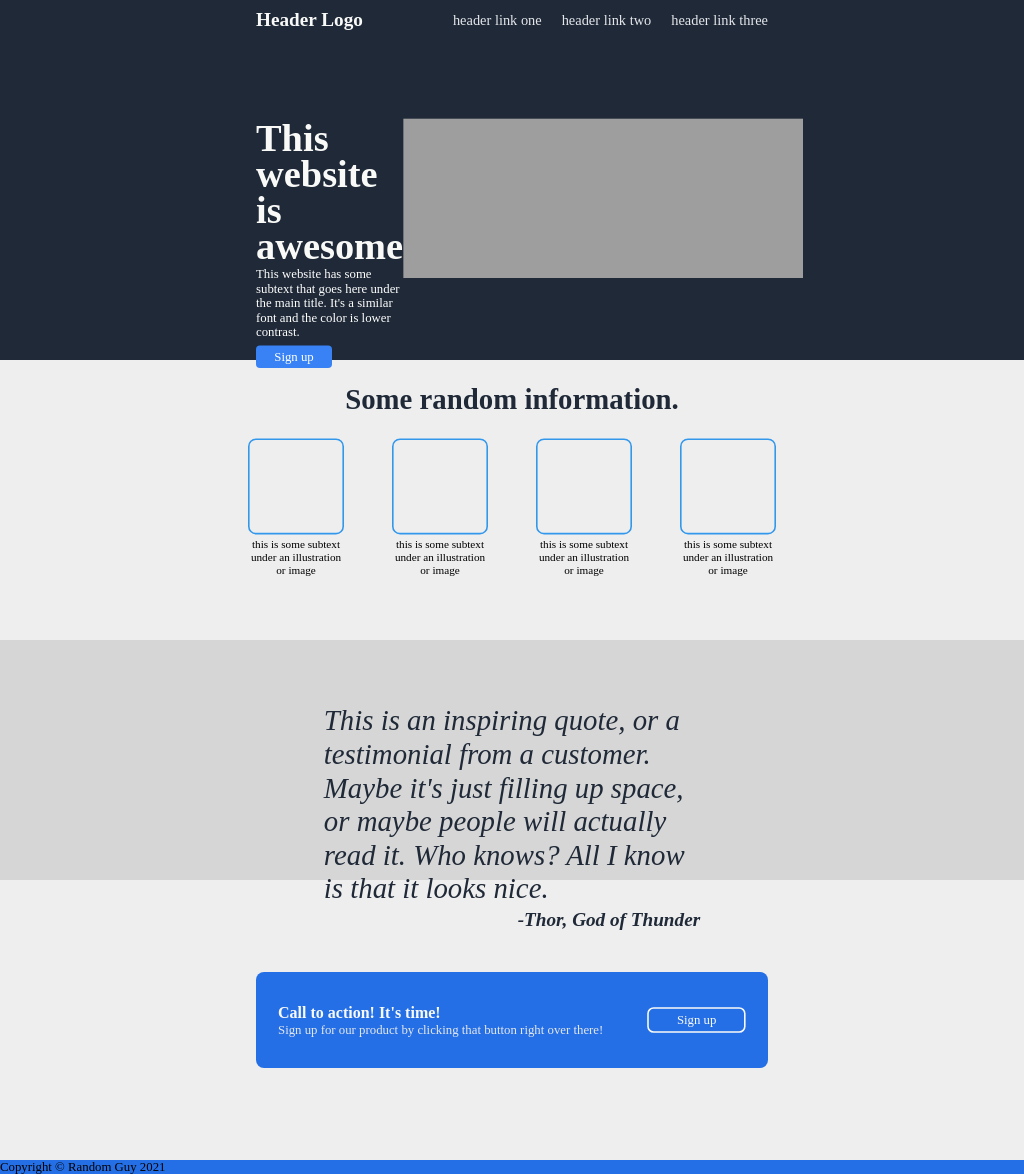
Repository: Pafestivo/Dummy-Landing-Page
Page: index.html
These files come from the project's save history. The page is drawn as it stood at one moment and after the next save; the edit follows.
The browser window is 1280 px wide. The pictures show the whole page, at 80% of full size.
Pictures or frames that could not be fetched are drawn as grey boxes.

Above is the page before, as saved 2022-09-26 19:50:34.

### index.html
<!DOCTYPE html>
<html lang="en">
<head>
    <meta charset="UTF-8">
    <meta name="viewport" content="width=device-width, initial-scale=1.0">
    <link rel="stylesheet" href="styles.css">
    <title>Landing Page</title>
</head>
<body>
    <header>
        <div class="container">
            <h1>Header Logo</h1>
            <nav>
                <a href="#">header link one</a>
                <a href="#">header link two</a>
                <a href="#">header link three</a>
            </nav>
        </div> <!-- /container-->
    </header>
    <main>
        <section class="first">
            <div class="container">

                <div class="right">
                    <h1>This website is awesome</h1>
                    <p>This website has some subtext that goes here under the main title. It's a similar font and the color is lower contrast.</p>
                    <a href="#">Sign up</a>
                </div> <!-- /right -->

                <div class="left">
                    <img src="images/office.jpg" alt="Office desk photo" />
                </div> <!-- /left -->

            </div> <!-- /container-->
        </section> <!-- /first -->

        <section class="second">
            <div class="container">

                <h1>Some random information.</h1>
                <div class="boxes">
                    <div class="info">
                        <div class="box"></div>
                        <div class="box-info">
                            <p>this is some subtext under an illustration or image</p>
                        </div> <!-- /box-info -->
                    </div> <!-- /info -->

                    <div class="info">
                        <div class="box"></div>
                        <div class="box-info">
                            <p>this is some subtext under an illustration or image</p>
                        </div> <!-- /box-info -->
                    </div> <!-- /info -->

                    <div class="info">
                        <div class="box"></div>
                        <div class="box-info">
                            <p>this is some subtext under an illustration or image</p>
                        </div> <!-- /box-info -->
                    </div> <!-- /info -->

                    <div class="info">
                        <div class="box"></div>
                        <div class="box-info">
                            <p>this is some subtext under an illustration or image</p>
                        </div> <!-- /box-info -->
                    </div> <!-- /info -->

                </div> <!-- /boxes-->
            </div> <!-- /container-->
        </section> <!-- /second -->

        <section class="third">
            <div class="container">
                <p>This is an inspiring quote, or a testimonial from a customer. Maybe it's just filling up space, or maybe people will actually read it. Who knows? All I know is that it looks nice.</p>
                <p class="quote-owner">-Thor, God of Thunder</p>
            </div> <!-- /container-->
        </section> <!-- /third -->

        <section class="fourth">
            <div class="container">
                <div class="coa">
                    <div class="side">
                        <h1>Call to action! It's time!</h1>
                        <p>Sign up for our product by clicking that button right over there!</p>
                    </div> <!-- /right -->
                    <a href="#">Sign up</a>
                </div>
            </div> <!-- /container-->
        </section> <!-- /fourth -->

        <footer>
            <p>Copyright &copy Random Guy 2021</p>
        </footer>
    </main>
</body>
</html>

### styles.css
* {
  padding: 0;
  margin: 0;
  box-sizing: border-box;
}

body {
  font-family: serif;
  background-color: #eee;
}

.container {
  width: 50vw;
  margin: 0 auto;
}

a {
  text-decoration: none;
  color: inherit;
}

/* header bar */
header {
  display: flex;
  align-items: center;
  background-color: #1F2937;
  color: #fff;
  height: 50px;
}

header h1 {
  font-size: 24px;
  color: #F9FAF8;
}

header .container {
  display: flex;
  justify-content: space-between;
}

header nav {
  display: flex;
  align-items: center;
  gap: 25px;
}

header a {
  font-size: 18px;
  color: #E5E7EB;
}
/* End header bar  */

/* First section  */
.first {
  background-color: #1F2937;
  height: 400px;
  color: #fff;
}

.first .container {
  display: flex;
  align-items: center;
  justify-content: space-between;
  height: 100%;
}

.right {
  display: flex;
  flex-direction: column;
  gap: 4px;
  height: 200px;
  width: 40%;
}

.right h1 {
  font-size: 48px;
  font-weight: extra-bold;
  color: #F9FAF8;
  line-height: 45px;
}

right p {
  font-size: 18px;
  color: #E5E7EB;
}

.first img {
  width: 500px;
  height: 200px;
}

.first a {
  background-color: #3882F6;
  width: 95px;
  padding: 5px;
  border-radius: 5px;
  margin-top: 4px;
  text-align: center;

}
/* End first section  */

/* Second section */
.second {
  height: 350px;
}

.second h1 {
  text-align: center;
  font-size: 36px;
  font-weight: extra-bold;
  color: #1F2937;
  padding: 28px 0 28px 0;
}

.boxes {
  display: flex;
  justify-content: center;
  gap: 60px;
}

.box {
  width: 120px;
  height: 120px;
  border: 2px solid hsl(207, 82%, 56%);
  border-radius: 10px;
}

.box-info {
  margin-top: 5px;
  width: 120px;
  font-size: 14px;
  text-align: center;
}
/* End second section  */

/* Third section  */
.third {
  background-color: #d6d6d6;
  height: 300px;
  padding: 80px;
}

.third .container {
  display: flex;
  width: 42%;
  flex-direction: column;
}

.third p {
  font-size: 36px;
  font-style: italic;
  color: #1F2937;
}

.third .quote-owner {
  font-size: 24px;
  align-self: flex-end;
  font-style: none;
  font-weight: bold;
  margin-top: 5px;
}
/* End third section  */

/* Fourth section */
.fourth {
  height: 350px;
  display: flex;
  align-items: center;
}

.coa {
  display: flex;
  justify-content: space-around;
  align-items: center;
  width: 100%;
  height: 120px;
  border-radius: 10px;
  background-color: #256fe6;
}

.coa h1 {
  font-size: 20px;
  color: #F9FAF8;
}

.coa p {
  color: #E5E7EB;
}

.coa a {
  padding: 5px 35px;
  color: #F9FAF8;
  border: 2px solid #F9FAF8;
  border-radius: 8px;
}
/* End fourth section */

/* Footer */
footer {
  background-color: #256fe6;
}
/* End footer */

After the next save:
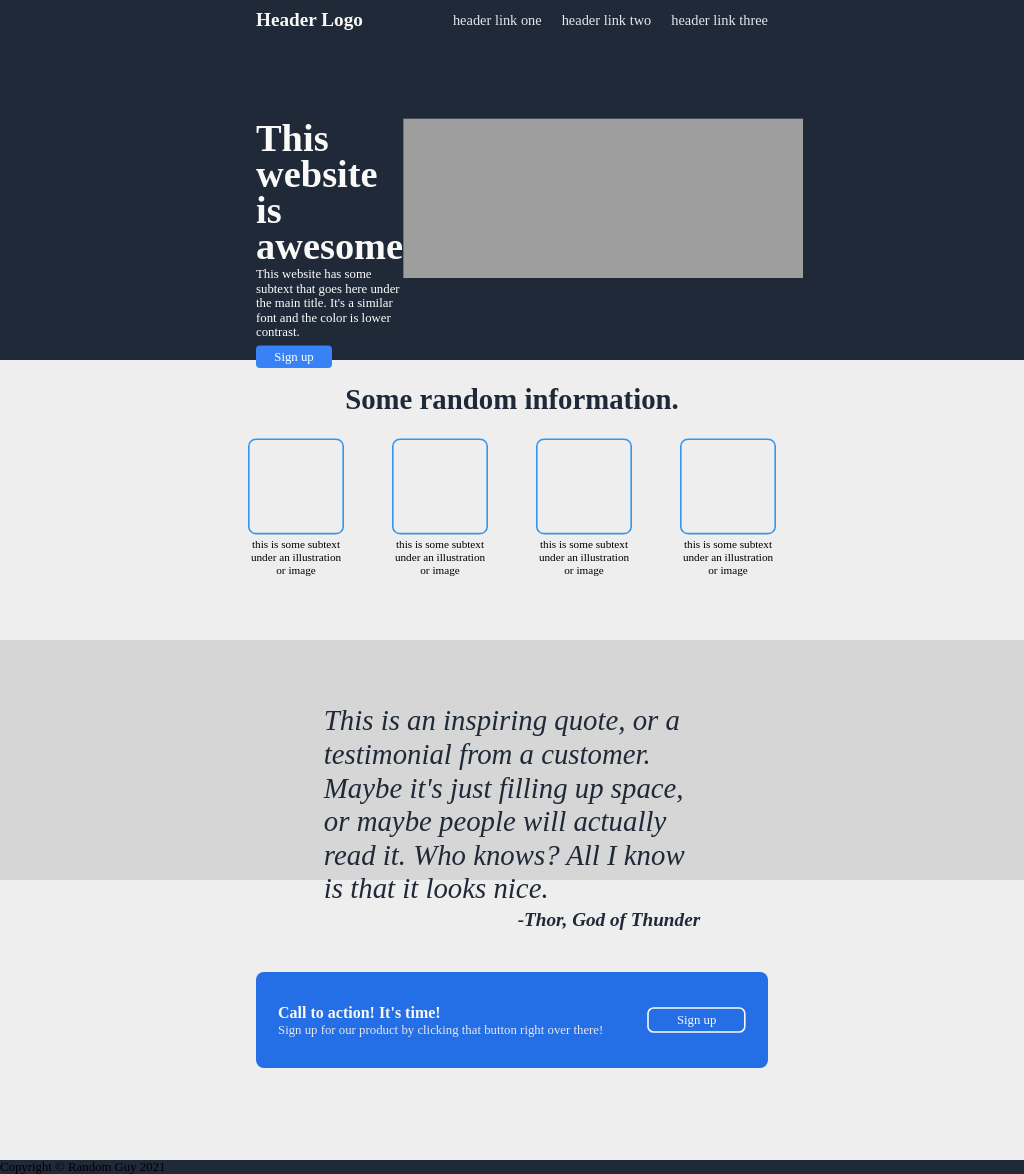
Saved 27 s later.
--- a/styles.css
+++ b/styles.css
@@ -198,6 +198,6 @@ right p {
 
 /* Footer */
 footer {
-  background-color: #256fe6;
+  background-color: #1F2937;
 }
 /* End footer */
